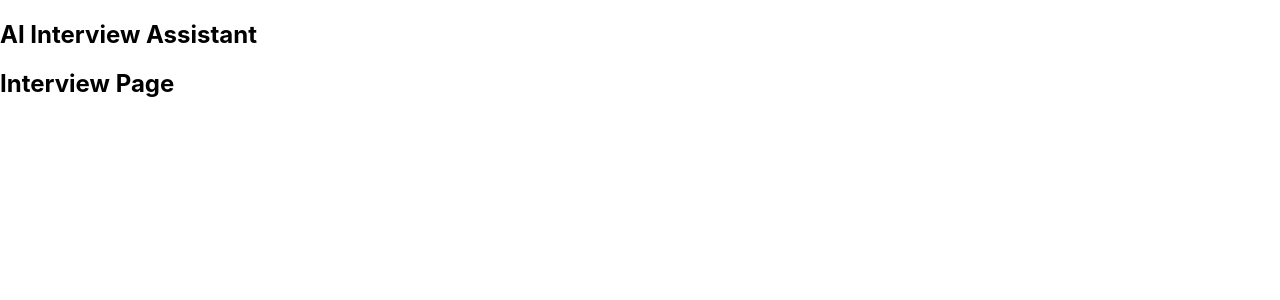
Repository: Atharva-1512/ai-interview-assistant
Page: / (app in frontend/)
The author's editor kept a copy of each file at every save. The page is drawn from the files as they stood at one save, then again after a run of saves.
The browser window is 1280 px wide. The pictures show the whole page.
The project was rebuilt for these pictures with package versions that can differ from the ones it lists, and the page was loaded fresh each time.

Above is the page before, as saved 2026-03-05 11:58:49.

### frontend/src/App.js
import Navbar from "./components/Navbar";
import Interview from "./pages/Interview";

function App() {
  return (
    <div>
      <Navbar />
      <Interview />
    </div>
  );
}

export default App;

### frontend/src/components/Navbar.js
function Navbar() {
  return (
    <nav>
      <h2>AI Interview Assistant</h2>
    </nav>
  );
}

export default Navbar;

### frontend/src/pages/Interview.js
import { useEffect, useState } from "react";
import API from "../services/api";

function Interview() {
  const [message, setMessage] = useState("");

  useEffect(() => {
    API.get("/")
      .then(res => {
        setMessage(res.data.message);
      })
      .catch(err => {
        console.error(err);
      });
  }, []);

  return (
    <div>
      <h2>Interview Page</h2>
      <p>{message}</p>
    </div>
  );
}

export default Interview;

### frontend/src/services/api.js
import axios from "axios";

const API = axios.create({
  baseURL: "http://localhost:5000"
});

export default API;

Loaded but not shown: frontend/public/index.html (common file); frontend/src/index.js (common file); frontend/src/index.css (common file); frontend/src/reportWebVitals.js (common file)

After the next 2 saves:
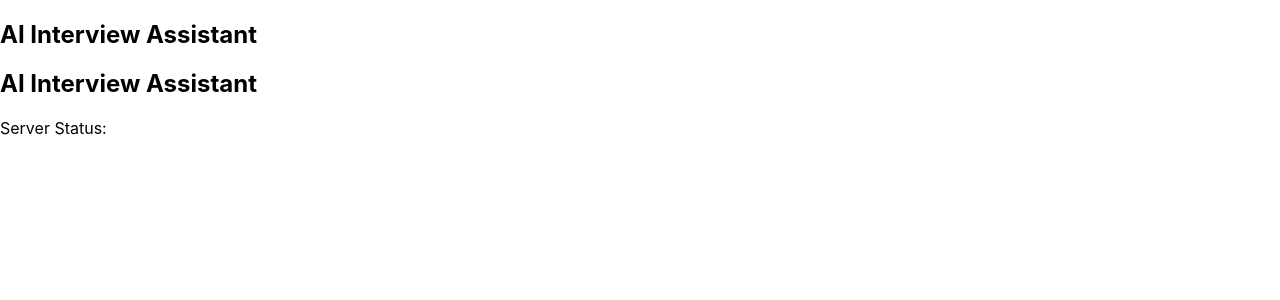
The 2 saves are shown as one change because 1 did not build or start.
The last was saved 2 min 38 s later.
--- a/frontend/src/pages/Interview.js
+++ b/frontend/src/pages/Interview.js
@@ -16,10 +16,11 @@ function Interview() {
 
   return (
     <div>
-      <h2>Interview Page</h2>
-      <p>{message}</p>
+      <h2>AI Interview Assistant</h2>
+      <p>Server Status: {message}</p>
     </div>
   );
 }
 
+
 export default Interview;
